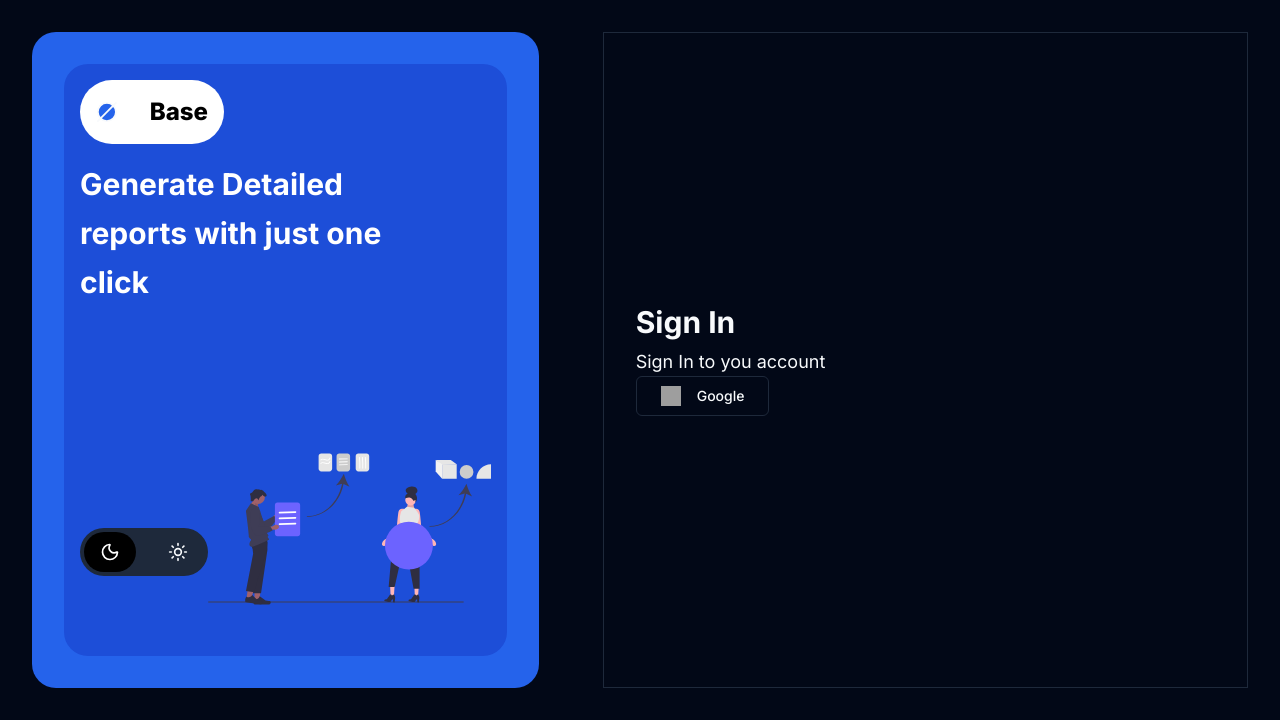
Repository: Hardyy00/openinapp_assignment
Page: /
An editor plug-in stored every save of this project. The page is shown before and after the next save, followed by the edit.
The browser window is 1280 px wide. The pictures show the whole page.
Pictures or frames that could not be fetched are drawn as grey boxes. The project was rebuilt for these pictures with package versions that can differ from the ones it lists, and the page was loaded fresh each time. The framework's server and built-in components were replaced by stand-ins that run in the browser. Also part of the build but not shown: next.config.mjs.

Above is the page before, as saved 2024-08-23 16:34:51.

### app/layout.tsx
import type { Metadata } from "next";
import { Inter } from "next/font/google";
import "./globals.css";
import { ThemeProvider } from "@/components/theme-provider";
import { Switcher } from "./_components/switcher";

const inter = Inter({ subsets: ["latin"] });

export const metadata: Metadata = {
  title: "Create Next App",
  description: "Generated by create next app",
};

export default function RootLayout({
  children,
}: Readonly<{
  children: React.ReactNode;
}>) {
  return (
    <html lang="en">
      <body className={inter.className}>
        <ThemeProvider
          attribute="class"
          defaultTheme="system"
          storageKey="base"
        >
          <Switcher />
          {children}
        </ThemeProvider>
      </body>
    </html>
  );
}

### app/(auth)/layout.tsx
import { ThemeToggle } from "@/components/theme-toggle";
import { CircleSlash2 } from "lucide-react";
import Image from "next/image";
import { Intro } from "./_components/intro";
import { Navbar } from "./_components/navbar";

export default function Layout({ children }: { children: React.ReactNode }) {
  return (
    <div className="h-full w-full">
      <Navbar />
      <div className="w-full h-full flex flex-col lg:flex-row">
        <Intro />

        <div className="flex-[0.7]">{children}</div>
      </div>
    </div>
  );
}

### app/(auth)/page.tsx
import { Button } from "@/components/ui/button";
import Image from "next/image";

export default function Page() {
  return (
    <div className="h-full p-8">
      <div className="p-8 border h-full flex items-center">
        <div className="flex flex-col gap-x-4 w-[30rem]">
          <div className="space-y-2">
            <h1 className="text-foreground font-bold text-3xl">Sign In</h1>
            <p className="text-lg">Sign In to you account</p>
          </div>

          <div className="flex">
            <Button
              className="flex items-center py-2 px-6 border space-x-4"
              variant={"ghost"}
            >
              <div className="w-5 h-5 relative">
                <Image src={"/google.svg"} alt="svg" fill />
              </div>

              <div>
                <p>Google</p>
              </div>
            </Button>
            <div className=""></div>
          </div>
        </div>
      </div>
    </div>
  );
}

### app/globals.css
@tailwind base;
@tailwind components;
@tailwind utilities;

html,
body,
:root {
  height: 100%;
}

::-webkit-scrollbar {
  display: none;
}

@layer base {
  :root {
    --background: 0 0% 100%;
    --foreground: 222.2 84% 4.9%;
    --card: 0 0% 100%;
    --card-foreground: 222.2 84% 4.9%;
    --popover: 0 0% 100%;
    --popover-foreground: 222.2 84% 4.9%;
    --primary: 222.2 47.4% 11.2%;
    --primary-foreground: 210 40% 98%;
    --secondary: 210 40% 96.1%;
    --secondary-foreground: 222.2 47.4% 11.2%;
    --muted: 210 40% 96.1%;
    --muted-foreground: 215.4 16.3% 46.9%;
    --accent: 210 40% 96.1%;
    --accent-foreground: 222.2 47.4% 11.2%;
    --destructive: 0 84.2% 60.2%;
    --destructive-foreground: 210 40% 98%;
    --border: 214.3 31.8% 91.4%;
    --input: 214.3 31.8% 91.4%;
    --ring: 222.2 84% 4.9%;
    --radius: 0.5rem;
    --chart-1: 12 76% 61%;
    --chart-2: 173 58% 39%;
    --chart-3: 197 37% 24%;
    --chart-4: 43 74% 66%;
    --chart-5: 27 87% 67%;
  }

  .dark {
    --background: 222.2 84% 4.9%;
    --foreground: 210 40% 98%;
    --card: 222.2 84% 4.9%;
    --card-foreground: 210 40% 98%;
    --popover: 222.2 84% 4.9%;
    --popover-foreground: 210 40% 98%;
    --primary: 210 40% 98%;
    --primary-foreground: 222.2 47.4% 11.2%;
    --secondary: 217.2 32.6% 17.5%;
    --secondary-foreground: 210 40% 98%;
    --muted: 217.2 32.6% 17.5%;
    --muted-foreground: 215 20.2% 65.1%;
    --accent: 217.2 32.6% 17.5%;
    --accent-foreground: 210 40% 98%;
    --destructive: 0 62.8% 30.6%;
    --destructive-foreground: 210 40% 98%;
    --border: 217.2 32.6% 17.5%;
    --input: 217.2 32.6% 17.5%;
    --ring: 212.7 26.8% 83.9%;
    --chart-1: 220 70% 50%;
    --chart-2: 160 60% 45%;
    --chart-3: 30 80% 55%;
    --chart-4: 280 65% 60%;
    --chart-5: 340 75% 55%;
  }
}

@layer base {
  * {
    @apply border-border;
  }
  body {
    @apply bg-background text-foreground;
  }
}

### app/_components/switcher.tsx
"use client";

import { useTheme } from "next-themes";
import { useEffect } from "react";
import { useMediaQuery } from "usehooks-ts";

export const Switcher: React.FC = () => {
  const { setTheme } = useTheme();
  const matches = useMediaQuery("(max-width:1024px)");

  useEffect(() => {
    if (matches) {
      setTheme("light");
    } else {
      setTheme("dark");
    }
  }, [matches, setTheme]);
  return null;
};

### app/(auth)/_components/intro.tsx
import { ThemeToggle } from "@/components/theme-toggle";
import { CircleSlash2 } from "lucide-react";
import Image from "next/image";

export const Intro: React.FC = () => {
  return (
    <div className="flex-[0.5] p-8 hidden lg:block">
      <div className="p-8 bg-blue-600 h-full rounded-3xl">
        <div className="p-4 bg-blue-700 h-full rounded-3xl flex flex-col gap-y-4 justify-between">
          <div className="p-4 flex items-center bg-white rounded-full w-[9rem] space-x-8">
            <CircleSlash2 className="stroke-white-600 fill-blue-600 h-7 w-7" />
            <h1 className="text-black font-extrabold text-2xl ">Base</h1>
          </div>

          <div className="w-[80%]">
            <p className="text-3xl font-bold text-wrap leading-relaxed text-white">
              Generate Detailed reports with just one click
            </p>
          </div>

          <div className=" flex h-[24rem]">
            <div className="flex-[0.3] self-end pb-16">
              <ThemeToggle className="w-[8rem]" />
            </div>
            <div className="flex-1 h-[70%] self-end  relative">
              {/* <div className="h-[70%]"> */}
              {/* <div className=" relative h-[70%] "> */}
              <Image src={"/auth.svg"} fill alt="svg" />
              {/* </div> */}
              {/* </div> */}
            </div>
          </div>
        </div>
      </div>
    </div>
  );
};

### app/(auth)/_components/navbar.tsx
import { CircleSlash2 } from "lucide-react";

export const Navbar: React.FC = () => {
  return (
    <div className="lg:hidden sticky top-0 bg-blue-600 text-black p-4">
      <div className="flex">
        <CircleSlash2 className="fill-white stroke-blue-600 h-8 w-8" />
      </div>
    </div>
  );
};

### components/ui/button.tsx
import * as React from "react";
import { Slot } from "@radix-ui/react-slot";
import { cva, type VariantProps } from "class-variance-authority";

import { cn } from "@/lib/utils";

const buttonVariants = cva(
  "inline-flex items-center justify-center whitespace-nowrap rounded-md text-sm font-medium ring-offset-background transition-colors focus-visible:outline-none focus-visible:ring-2 focus-visible:ring-ring focus-visible:ring-offset-2 disabled:pointer-events-none disabled:opacity-50",
  {
    variants: {
      variant: {
        primary: "bg-blue-600 text-primary-foreground",
        default: "bg-primary text-primary-foreground hover:bg-primary/90",
        destructive:
          "bg-destructive text-destructive-foreground hover:bg-destructive/90",
        outline:
          "border border-input bg-background hover:bg-accent hover:text-accent-foreground",
        secondary:
          "bg-secondary text-secondary-foreground hover:bg-secondary/80",
        ghost: "hover:bg-accent hover:text-accent-foreground",
        link: "text-primary underline-offset-4 hover:underline",
      },
      size: {
        default: "h-10 px-4 py-2",
        sm: "h-9 rounded-md px-3",
        lg: "h-11 rounded-md px-8",
        icon: "h-10 w-10",
      },
    },
    defaultVariants: {
      variant: "default",
      size: "default",
    },
  }
);

export interface ButtonProps
  extends React.ButtonHTMLAttributes<HTMLButtonElement>,
    VariantProps<typeof buttonVariants> {
  asChild?: boolean;
}

const Button = React.forwardRef<HTMLButtonElement, ButtonProps>(
  ({ className, variant, size, asChild = false, ...props }, ref) => {
    const Comp = asChild ? Slot : "button";
    return (
      <Comp
        className={cn(buttonVariants({ variant, size, className }))}
        ref={ref}
        {...props}
      />
    );
  }
);
Button.displayName = "Button";

export { Button, buttonVariants };

### components/theme-toggle.tsx
"use client";

import { Moon, Sun } from "lucide-react";
import { useTheme } from "next-themes";
import { Button } from "./ui/button";
import { cn } from "@/lib/utils";
import { useState } from "react";

interface ToggleThemeProps {
  className?: string;
}

export const ThemeToggle: React.FC<ToggleThemeProps> = ({ className = "" }) => {
  const { setTheme } = useTheme();
  const [on, setOn] = useState<String>("moon");

  const handleClick = (type: string) => {
    if (type === "sun") {
      setOn("sun");
      setTheme("light");
    } else {
      setOn("moon");
      setTheme("dark");
    }
  };

  return (
    <div className={cn("w-[10rem] p-1 rounded-full bg-secondary", className)}>
      <div className="flex w-full items-center justify-between">
        <Button
          variant={"ghost"}
          className={cn(
            "p-4 rounded-[4rem] transition-all",
            on === "moon" && "bg-black text-white"
          )}
          onClick={() => handleClick("moon")}
        >
          <Moon className="h-5 w-5" />
        </Button>

        <Button
          variant={"ghost"}
          className={cn(
            "p-4 rounded-[4rem] hover:bg-white hover:text-black transition-all",
            on === "sun" && "bg-white text-black"
          )}
          onClick={() => handleClick("sun")}
        >
          <Sun className="h-5 w-5" />
        </Button>
      </div>
    </div>
  );
};

Loaded but not shown: components/theme-provider.tsx (common file); lib/utils.ts (common file); tailwind.config.ts (common file)

After the next save:
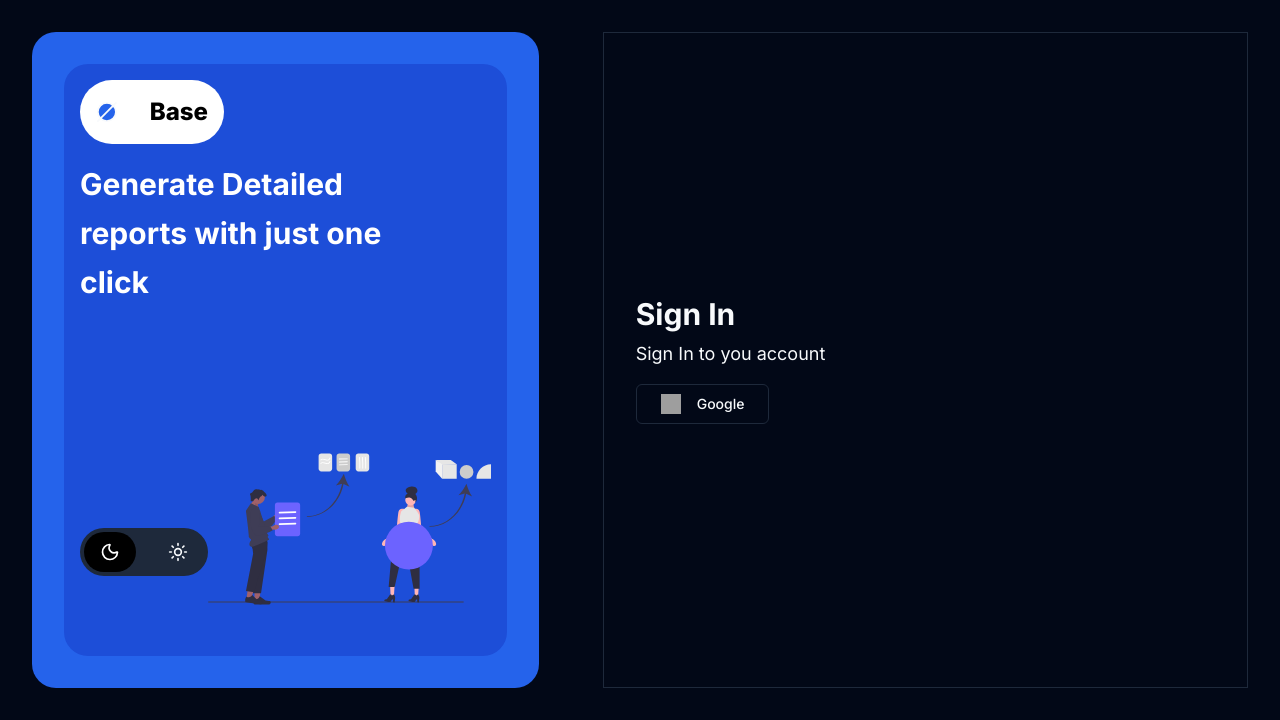
Saved 9 s later.
--- a/app/(auth)/page.tsx
+++ b/app/(auth)/page.tsx
@@ -5,7 +5,7 @@ export default function Page() {
   return (
     <div className="h-full p-8">
       <div className="p-8 border h-full flex items-center">
-        <div className="flex flex-col gap-x-4 w-[30rem]">
+        <div className="flex flex-col gap-y-4 w-[30rem]">
           <div className="space-y-2">
             <h1 className="text-foreground font-bold text-3xl">Sign In</h1>
             <p className="text-lg">Sign In to you account</p>
